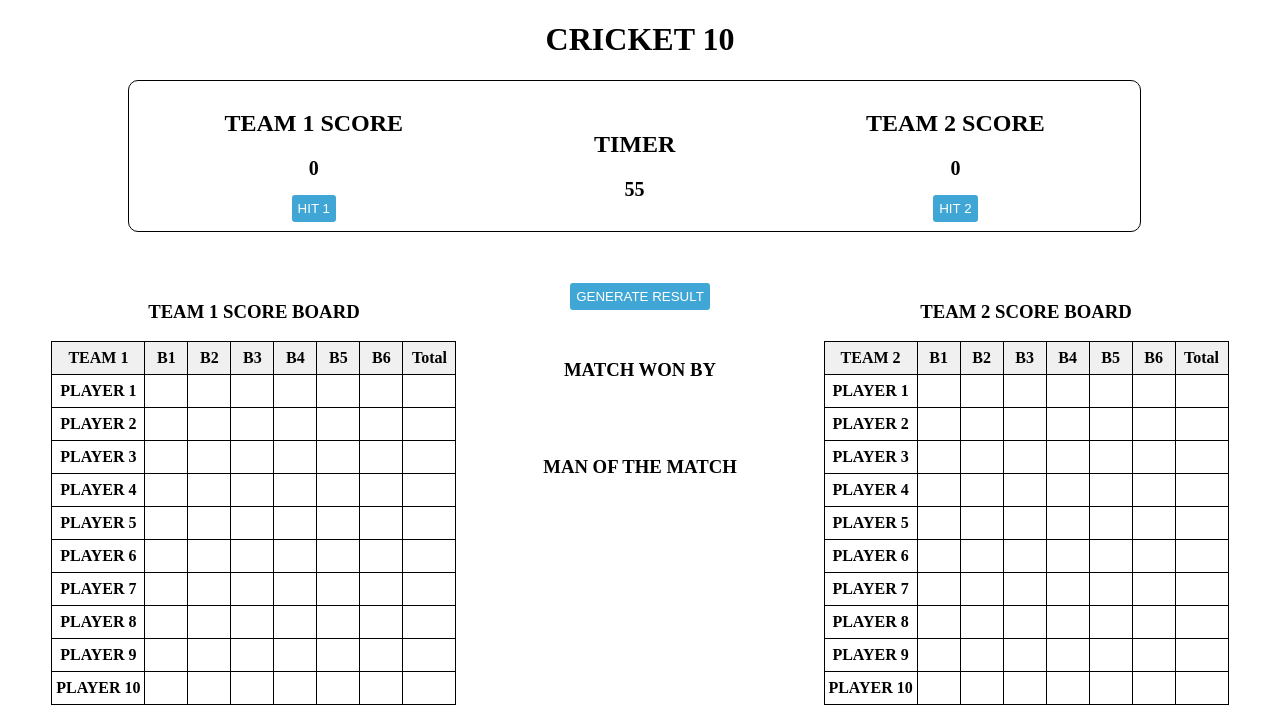
Repository: sm-karthi/GAndG-Cricket-game
Page: index.html
These files come from the project's save history. The page is drawn as it stood at one moment and after the next save; the edit follows.
The browser window is 1280 px wide. The pictures show the whole page.

Above is the page before, as saved 2025-04-28 10:03:07.

After the next save:
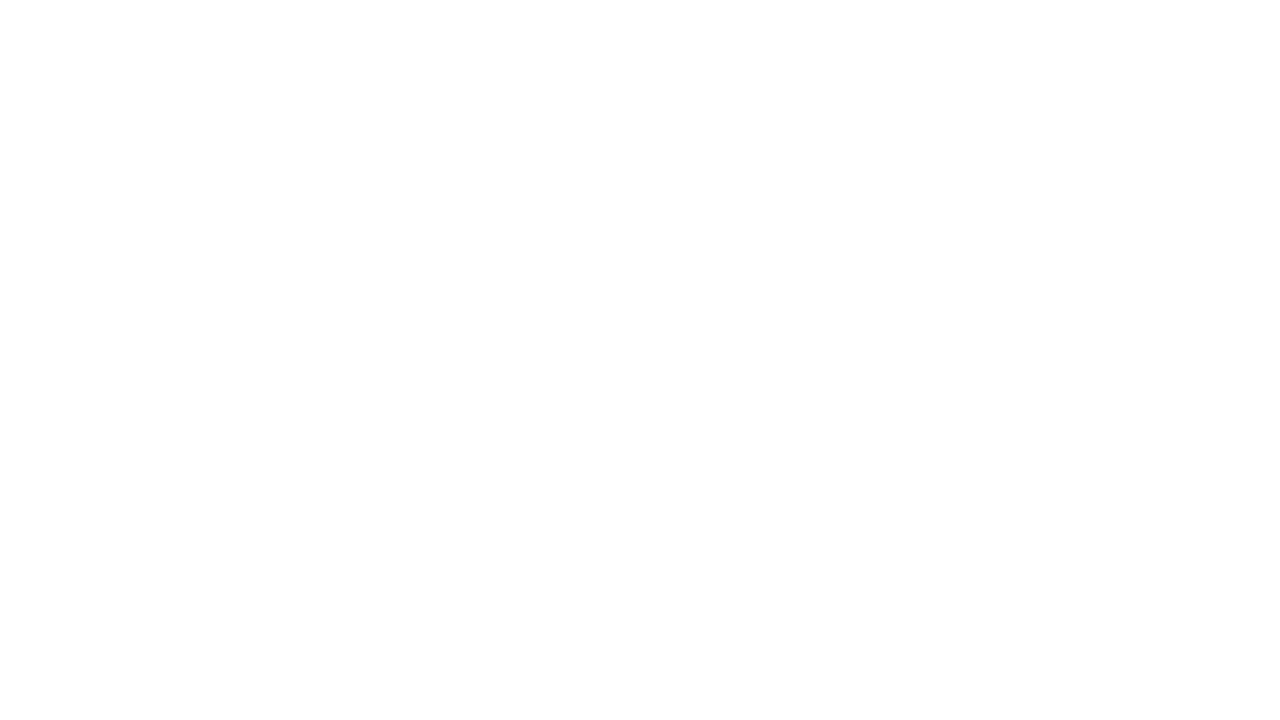
Console error: SyntaxError: Unexpected end of input
Saved 5 s later.
--- a/index.html
+++ b/index.html
@@ -323,7 +323,8 @@
 
             if (team === 1) {
                 team1Total = total;}
-            else team2Total = total;
+            else {
+                team2Total = total;
         }
 
         startTimer(1);

After the 2 saves that followed:
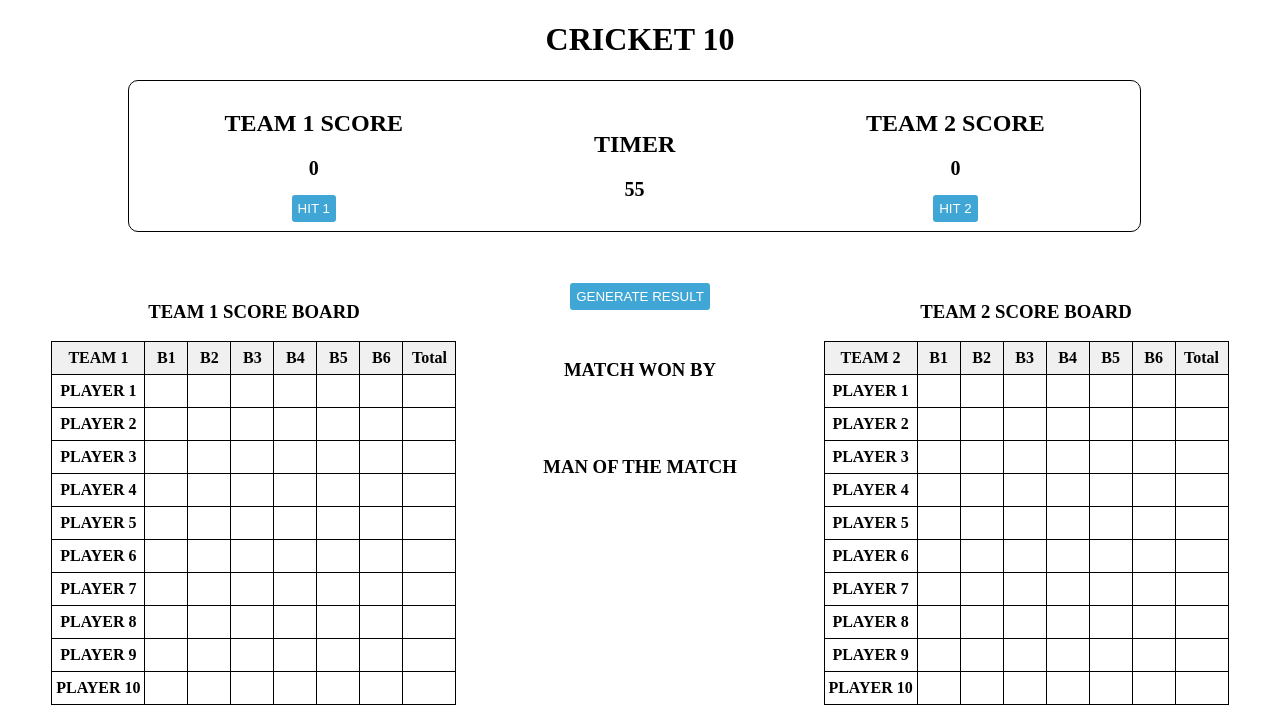
The error is gone.
The 2 saves are shown as one change because they came seconds apart.
The last was saved 8 s later.
--- a/index.html
+++ b/index.html
@@ -322,9 +322,11 @@
             scoreSpan.innerText = total;
 
             if (team === 1) {
-                team1Total = total;}
+                team1Total = total;
+            }
             else {
                 team2Total = total;
+            }
         }
 
         startTimer(1);
